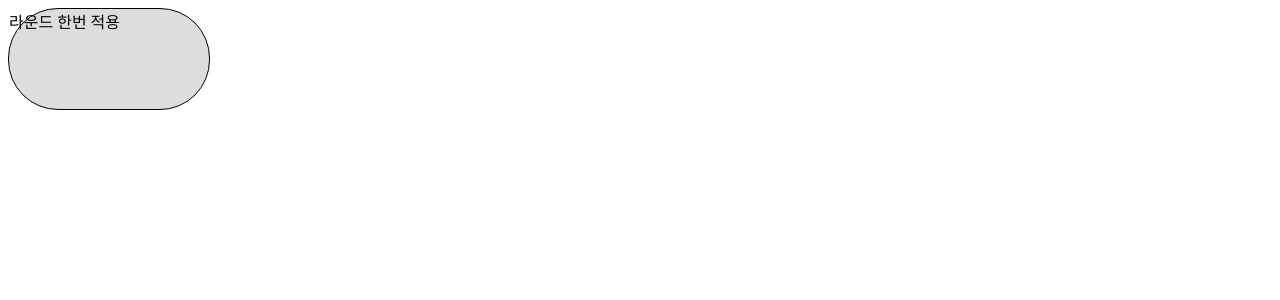
Repository: jeemaru/htme_01
Page: css_02/ex_05.html
An editor plug-in stored every save of this project. The page is shown before and after the next save, followed by the edit.
The browser window is 1280 px wide. The pictures show the whole page.

Above is the page before, as saved 2022-04-07 05:10:32.

After the next save:
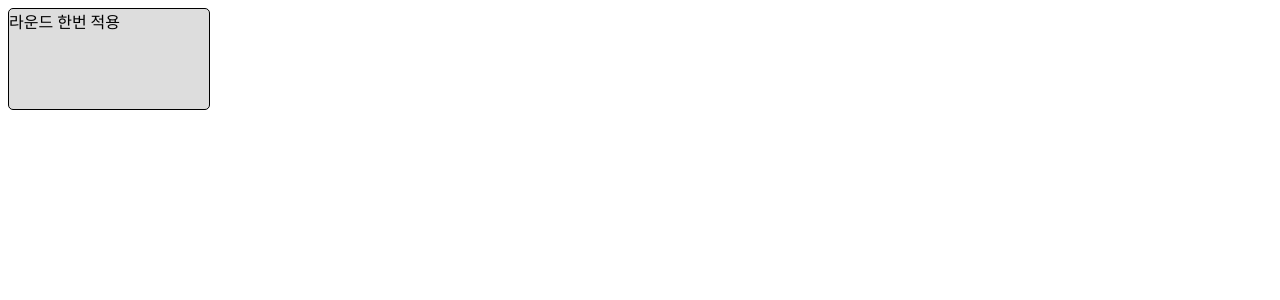
Saved 49 s later.
--- a/css_02/ex_05.html
+++ b/css_02/ex_05.html
@@ -10,7 +10,7 @@
         			 width: 200px;
         			 height: 100px;
         			 border: 1px solid #000000;
-        			 border-radius: 50px;}
+        			 border-radius: 5px;}
 
 
 
